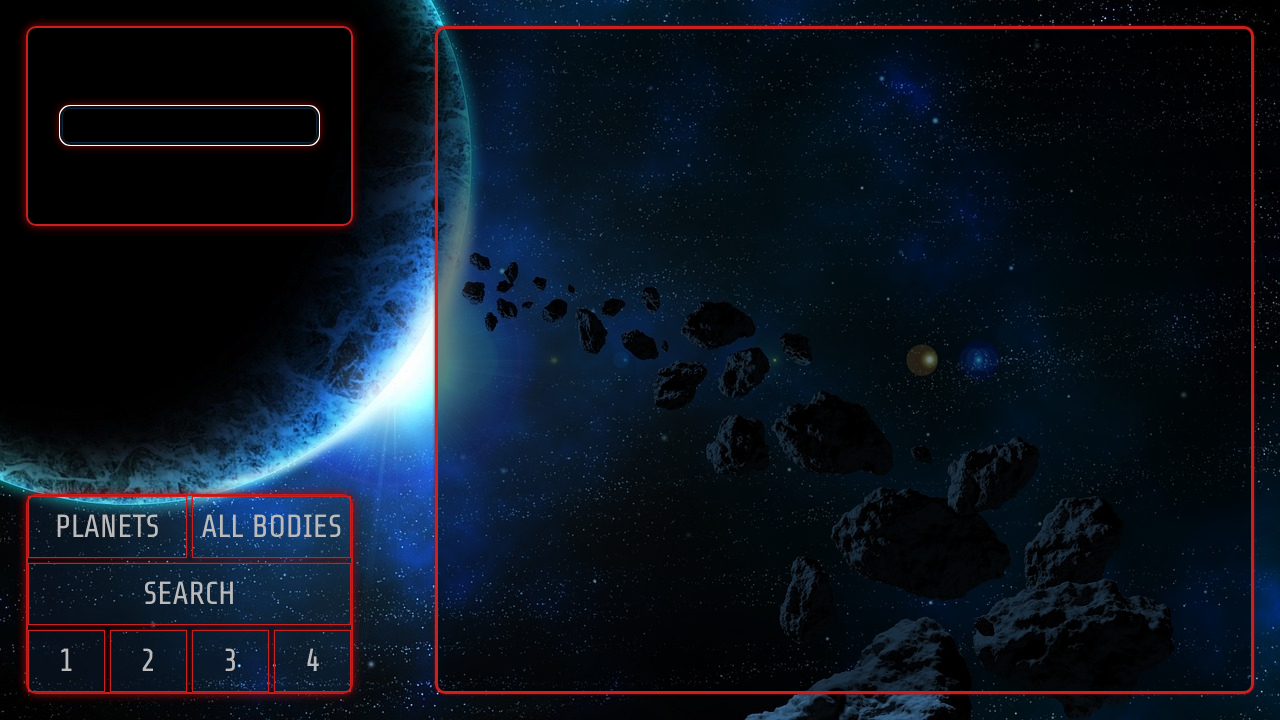
Repository: Przemek-Szadkowski/space-bodies
Page: /
The author's editor kept a copy of each file at every save. The page is drawn from the files as they stood at one save, then again after the next save.
The browser window is 1280 px wide. The pictures show the whole page.
The first visible `.search input` has the focus.
The page's requests for data from a server got no answer. The project was rebuilt for these pictures with package versions that can differ from the ones it lists, and the page was loaded fresh each time. No one was signed in, and anything a server would have sent is missing. Also part of the build but not shown: src/components/BodieRecord.js.

Above is the page before, as saved 2021-11-27 14:52:33.

After the next save:
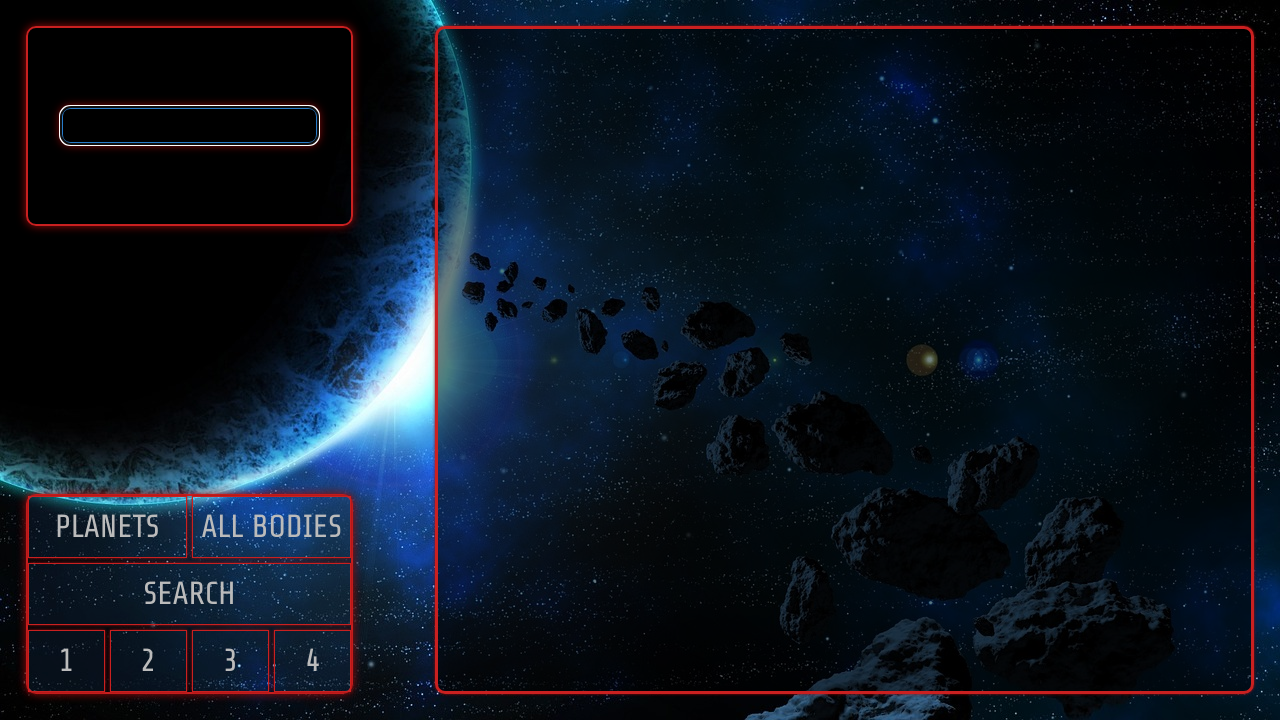
Saved 10 s later.
--- a/src/index.css
+++ b/src/index.css
@@ -172,5 +172,5 @@ main {
 }
 
 .search input:focus {
-  border: 3px solid rgba(39, 123, 201, 0.3);
+  border: 3px solid rgb(39, 123, 201);
 }
